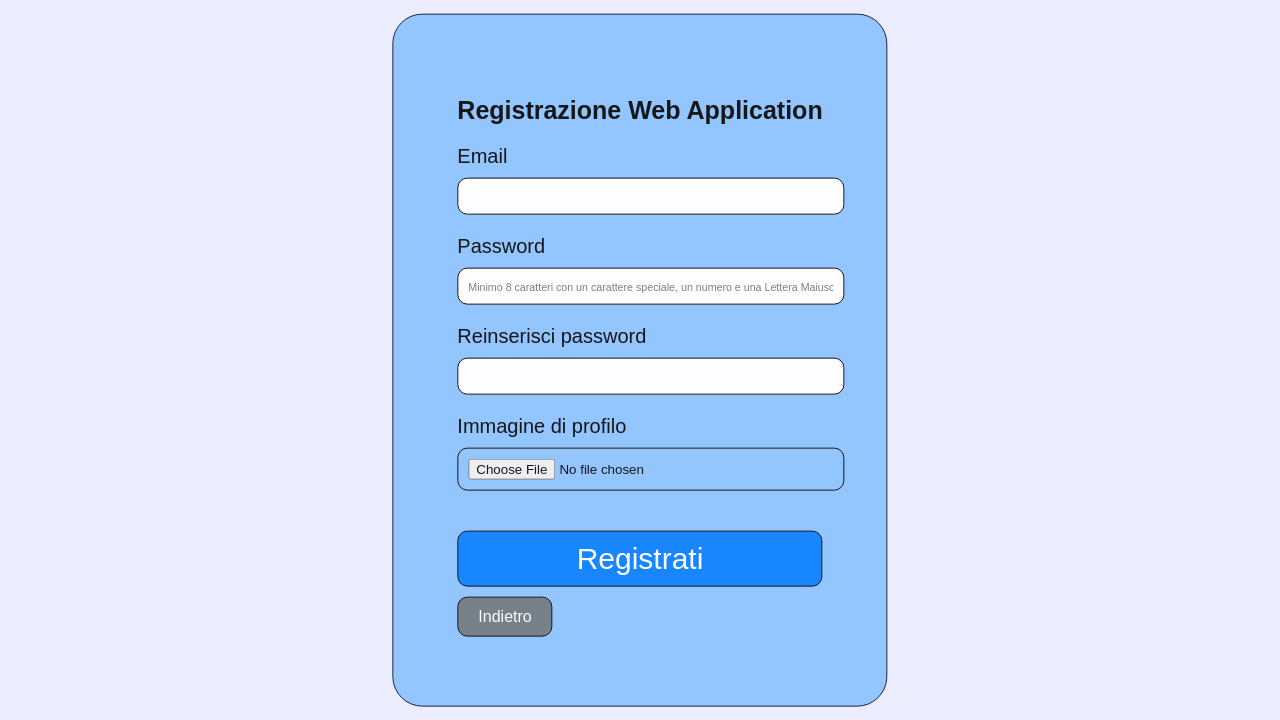
Repository: GabrielCellammare/WebApplication-SA-CyberSecurity
Page: http://localhost/WebProject-CellammareGabriel_ApplicationSecurity_/userNotLoggedRegistration.jsp
The author's editor kept a copy of each file at every save. The page is drawn from the files as they stood at one save, then again after the next save.
The browser window is 1280 px wide. The pictures show the whole page.
The page is served by Tomcat 9. Nobody is signed in. The application's start-up code is not run.

Above is the page before, as saved 2024-03-10 16:51:42.

After the next save:
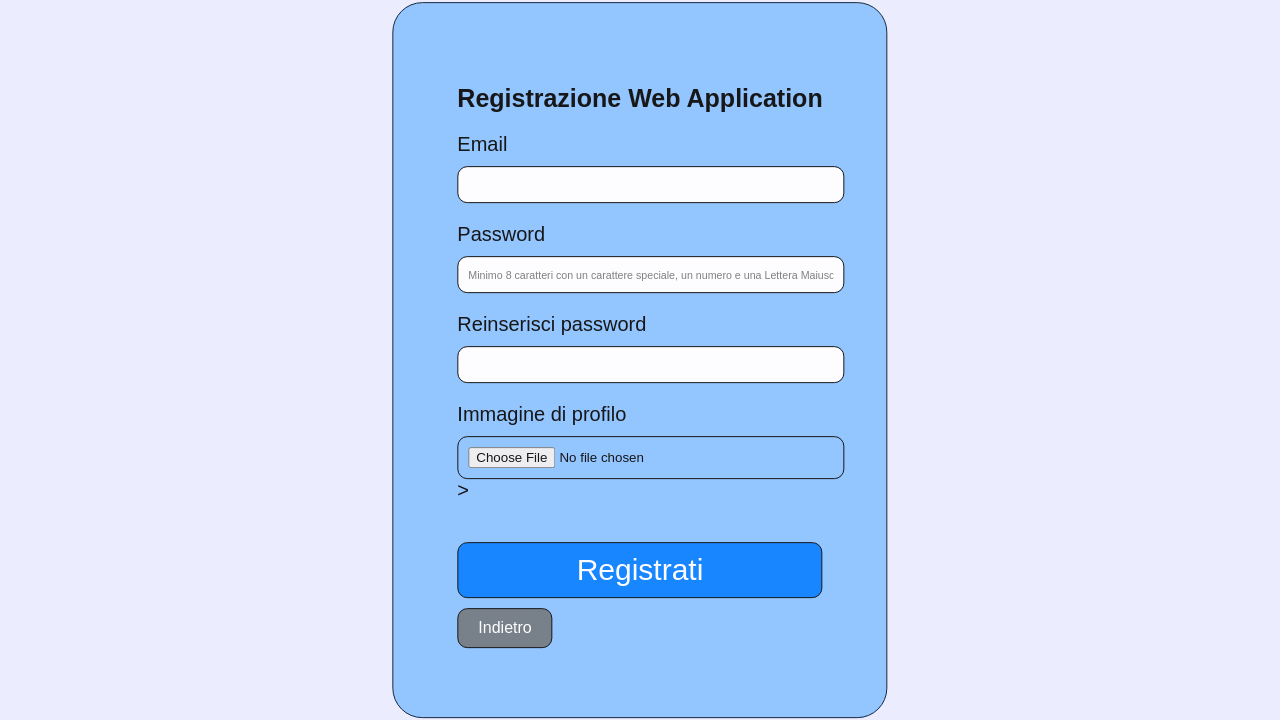
Saved 42 s later.
--- a/WebProject-CellammareGabriel(ApplicationSecurity)/WebContent/userNotLoggedRegistration.jsp
+++ b/WebProject-CellammareGabriel(ApplicationSecurity)/WebContent/userNotLoggedRegistration.jsp
@@ -27,7 +27,8 @@
                 </div>
                 <div class="field">
                     <label for="image">Immagine di profilo</label>
-                    <input type="file" name="profileImage" id="profileImage">
+                    <input type="file" name="profileImage" id="profileImage"
+                    placeholder="Minimo 8 caratteri con un carattere speciale, un numero e una Lettera Maiuscola" required>>
                 </div>
                 <input type="submit" value="Registrati">
                 <a href="userNotLoggedIndex.jsp" class="btn">Indietro</a>

After the 3 saves that followed:
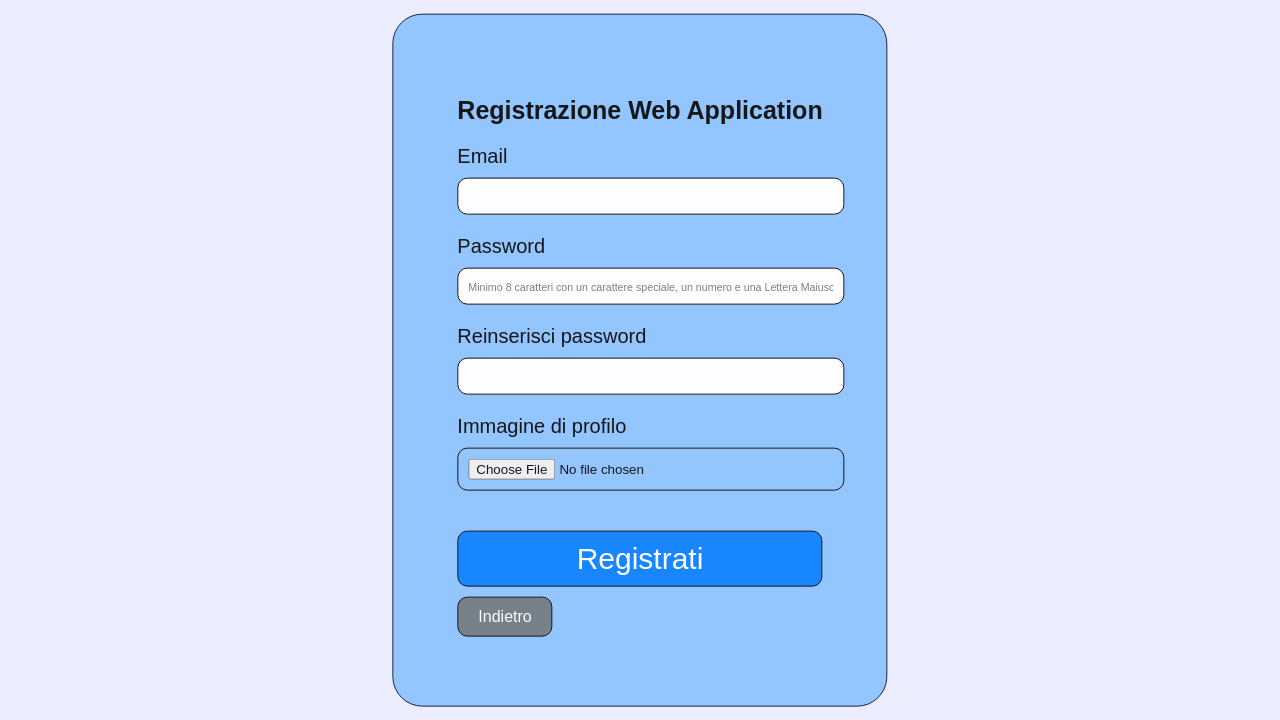
The 3 saves are shown as one change because 2 left the picture as it was.
The last was saved 83 s later.
--- a/WebProject-CellammareGabriel(ApplicationSecurity)/WebContent/userNotLoggedRegistration.jsp
+++ b/WebProject-CellammareGabriel(ApplicationSecurity)/WebContent/userNotLoggedRegistration.jsp
@@ -28,7 +28,7 @@
                 <div class="field">
                     <label for="image">Immagine di profilo</label>
                     <input type="file" name="profileImage" id="profileImage"
-                    placeholder="Minimo 8 caratteri con un carattere speciale, un numero e una Lettera Maiuscola" required>>
+                    placeholder="Massimo 5 MB" required>
                 </div>
                 <input type="submit" value="Registrati">
                 <a href="userNotLoggedIndex.jsp" class="btn">Indietro</a>
